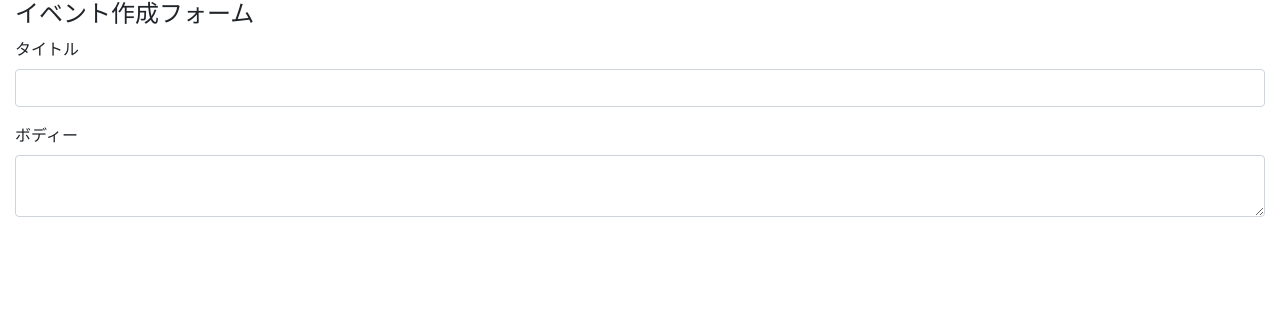
Repository: yujiuehara/my-app
Page: /
The author's editor kept a copy of each file at every save. The page is drawn from the files as they stood at one save, then again after the next save.
The browser window is 1280 px wide. The pictures show the whole page.
The project was rebuilt for these pictures with package versions that can differ from the ones it lists, and the page was loaded fresh each time.

Above is the page before, as saved 2020-05-04 02:09:57.

After the next save:
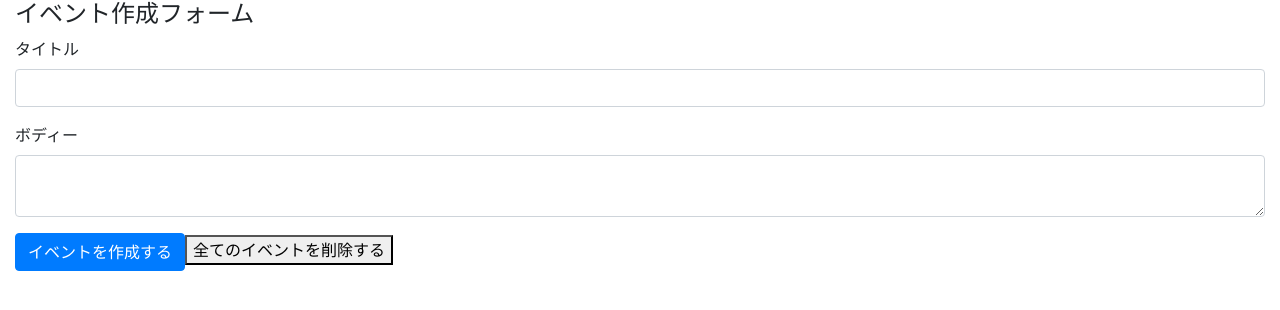
Saved 78 s later.
--- a/src/components/App.js
+++ b/src/components/App.js
@@ -15,6 +15,9 @@ const App = () => {
           <label htmlFor="formEventBody">ボディー</label>
           <textarea className="form-control" id="formEventBody"/>
         </div>
+
+        <button className="btn btn-primary">イベントを作成する</button>
+        <button>全てのイベントを削除する</button>
       </form>
     </div>
   );
